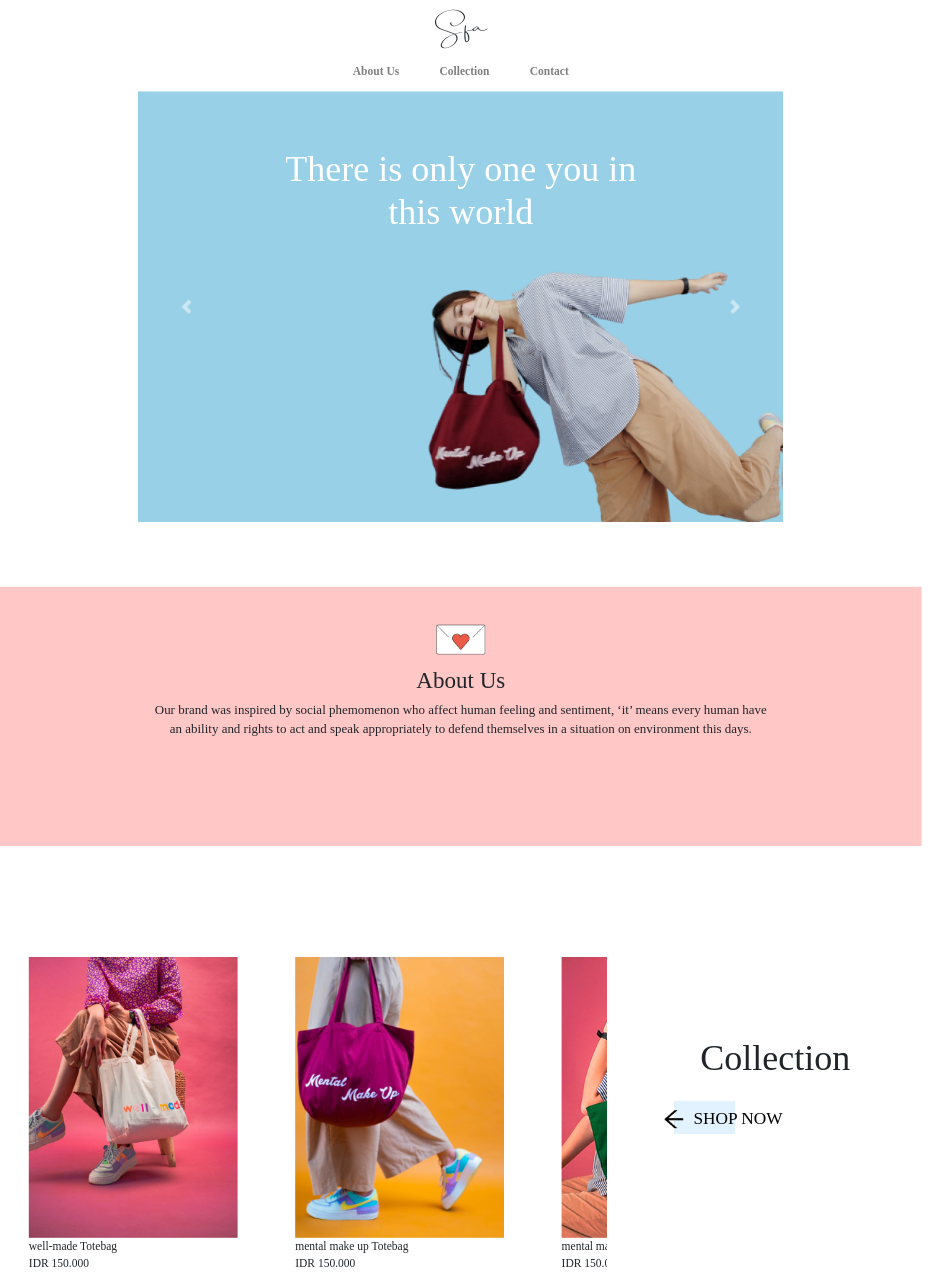
Repository: bismowibi/savoir
Page: index.html
These files come from the project's save history. The page is drawn as it stood at one moment and after a run of saves; the edit follows.
The browser window is 1280 px wide. The page is 1295 px wide, so the pictures cover 1295 px, including what lies to the right of the window. The pictures show the whole page, at 72% of full size.
Some web libraries are served in a nearby version.

Above is the page before, as saved 2020-04-04 03:27:04.

After the next 4 saves:
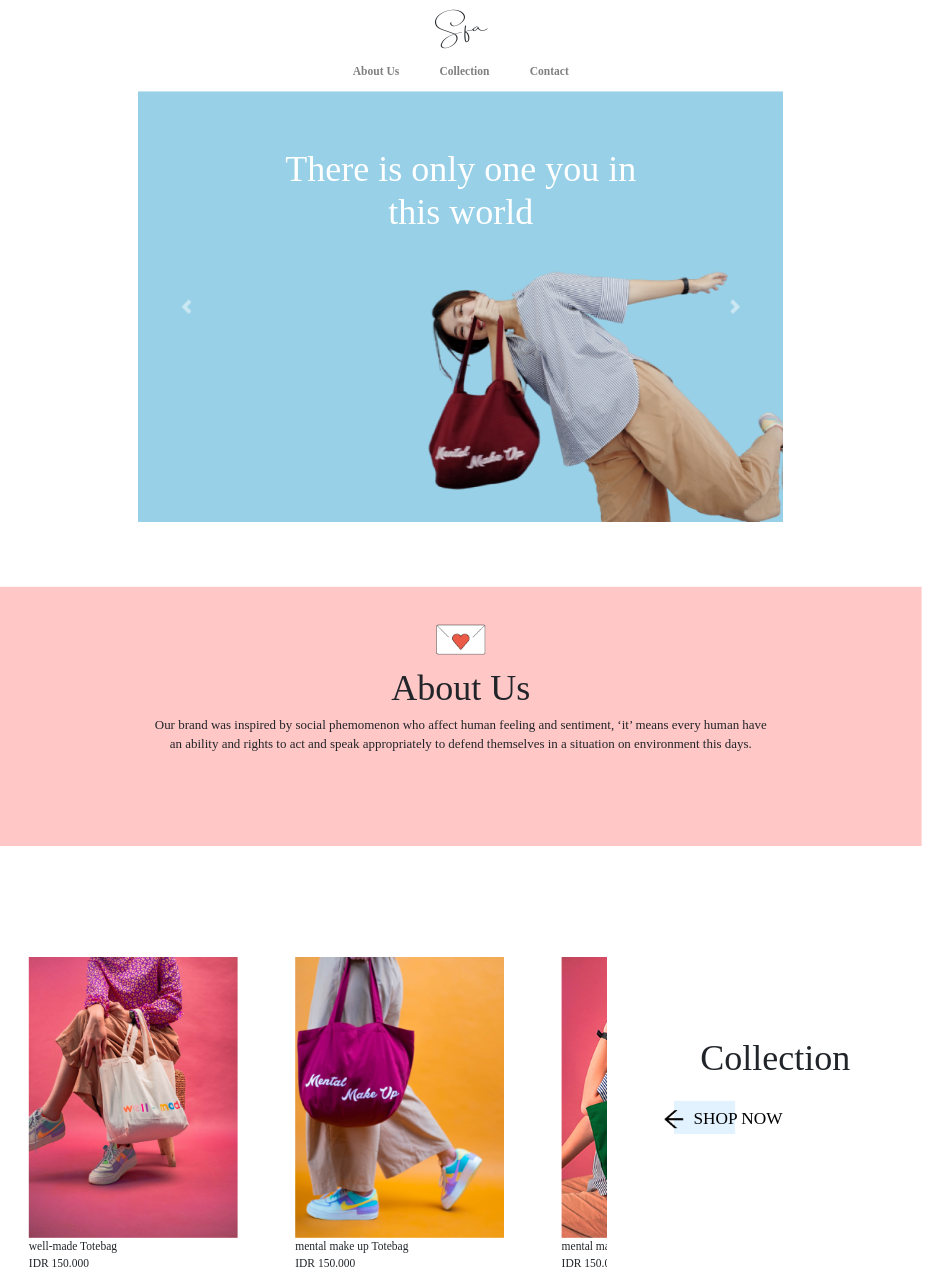
The 4 saves are shown as one change because they came seconds apart.
The last was saved 72 s later.
--- a/style.css
+++ b/style.css
@@ -95,7 +95,7 @@
     line-height: 27px;
 }
 
-.col-about h2 {
+#about-us h2 {
     font-size: 50px;
 }
 
